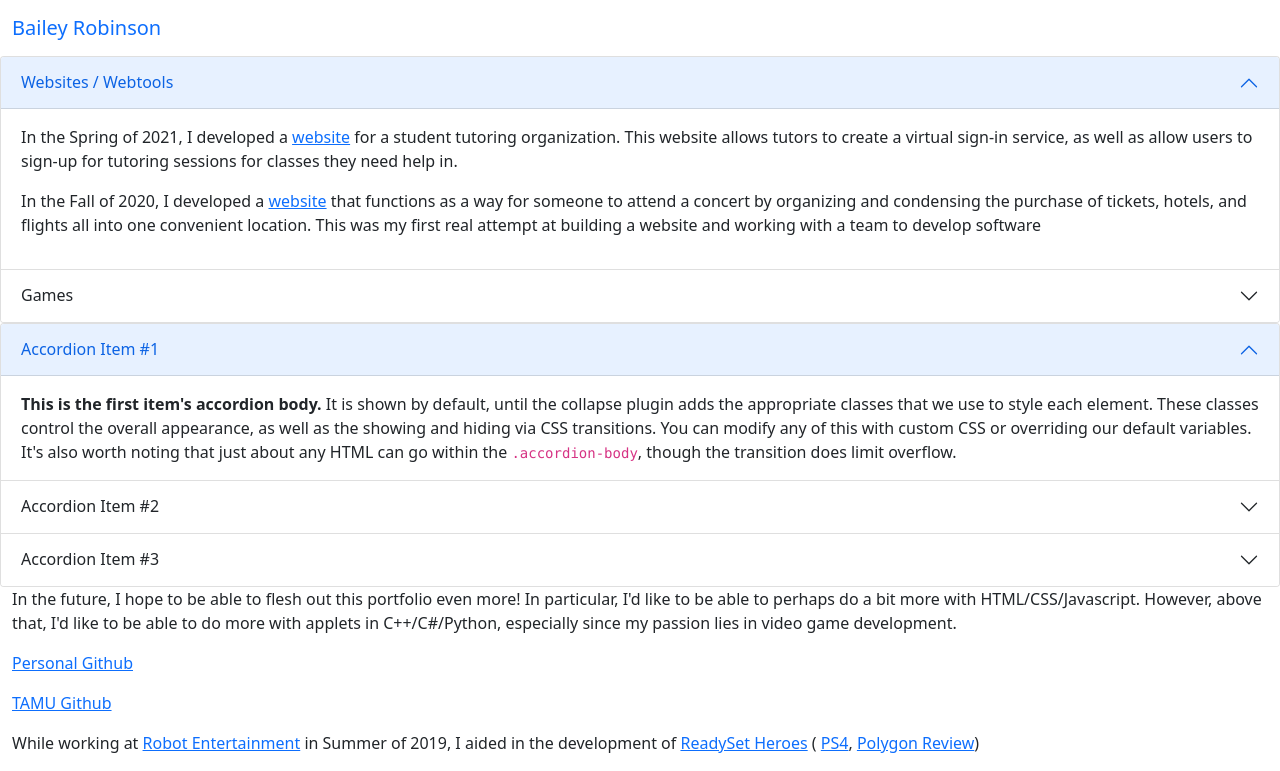
Repository: baileyjrob/personal_website
Page: portfolio.html
An editor plug-in stored every save of this project. The page is shown before and after the next save, followed by the edit.
The browser window is 1280 px wide. The pictures show the whole page.

Above is the page before, as saved 2022-04-20 13:21:47.

### portfolio.html
<!DOCTYPE html>
<html lang=en>

<head>
    <title>Bailey Robinson</title>
    <meta charset="utf-8">
    <meta name="viewport" content="width=device-width, initial-scale=1">
    <!-- Latest compiled and minified CSS -->
    <link href="https://cdn.jsdelivr.net/npm/bootstrap@5.0.2/dist/css/bootstrap.min.css" rel="stylesheet"
        integrity="sha384-EVSTQN3/azprG1Anm3QDgpJLIm9Nao0Yz1ztcQTwFspd3yD65VohhpuuCOmLASjC" crossorigin="anonymous">

    <!-- jQuery library -->
    <script src="https://ajax.googleapis.com/ajax/libs/jquery/3.5.1/jquery.min.js"></script>

    <!-- Latest compiled JavaScript -->
    <script src="https://cdn.jsdelivr.net/npm/bootstrap@5.0.2/dist/js/bootstrap.bundle.min.js"
        integrity="sha384-MrcW6ZMFYlzcLA8Nl+NtUVF0sA7MsXsP1UyJoMp4YLEuNSfAP+JcXn/tWtIaxVXM"
        crossorigin="anonymous"></script>
</head>

<body>
    <nav class="navbar navbar-default">
        <div class="container-fluid">
            <a class="navbar-brand" href="index.html">Bailey Robinson</a>
            <div class="collapse navbar-collapse" id="navbarContent">
                <ul class="navbar-nav me-auto mb-2 mb-lg-0">
                    <li><a href="about.html">About Me</a></li>
                    <li><a href="techqual.html">Technical Qualifications</a></li>
                    <li><a href="service.html">Service</a></li>
                    <li class="active"><a href="portfolio.html">Portfolio</a></li>
                </ul>
            </div>
        </div>
    </nav>
    <div class="accordion" id="accordionFields">
        <div class="accordion-item">
            <h2 class="accordion-header" id="headingWeb">
                <button class="accordion-button" type="button" data-bs-toggle="collapse" data-bs-target="#collapseOne"
                    aria-expanded="true" aria-controls="collapseOne">
                    Websites / Webtools
                </button>
            </h2>
            <div id="collapseOne" class="accordion-collapse collapse show" aria-labelledby="headingWeb"
                data-bs-parent="#accordionExample">
                <div class="accordion-body">
                    <p>In the Spring of 2021, I developed a <a href="https://ortutoring.herokuapp.com/">website</a> for
                        a student
                        tutoring
                        organization. This website allows tutors to create a virtual sign-in service, as well as allow
                        users to sign-up
                        for
                        tutoring sessions for classes they need help in.
                    </p>
                    <p>In the Fall of 2020, I developed a <a href="secret.html">website</a> that functions as a way for
                        someone to
                        attend a concert by organizing and condensing the purchase of tickets, hotels, and flights all
                        into one convenient
                        location. This was my first real attempt at building a website and working with a team to
                        develop software </p>
                </div>
            </div>
        </div>
        <div class="accordion-item">
            <h2 class="accordion-header" id="headingGames">
                <button class="accordion-button collapsed" type="button" data-bs-toggle="collapse"
                    data-bs-target="#collapseTwo" aria-expanded="False" aria-controls="collapseTwo">
                    Games
                </button>
            </h2>
            <div id="collapseTwo" class="accordion-collapse collapse" aria-labelledby="headingGames"
                data-bs-parent="#accordionExample">
                <div class="accordion-body">
                    Placeholder
                </div>
            </div>
        </div>
    </div>
    <div class="accordion" id="accordionExample">
        <div class="accordion-item">
            <h2 class="accordion-header" id="headingOne">
                <button class="accordion-button" type="button" data-bs-toggle="collapse" data-bs-target="#collapseOne"
                    aria-expanded="true" aria-controls="collapseOne">
                    Accordion Item #1
                </button>
            </h2>
            <div id="collapseOne" class="accordion-collapse collapse show" aria-labelledby="headingOne"
                data-bs-parent="#accordionExample">
                <div class="accordion-body">
                    <strong>This is the first item's accordion body.</strong> It is shown by default, until the collapse
                    plugin adds the appropriate classes that we use to style each element. These classes control the
                    overall
                    appearance, as well as the showing and hiding via CSS transitions. You can modify any of this with
                    custom CSS or overriding our default variables. It's also worth noting that just about any HTML can
                    go
                    within the <code>.accordion-body</code>, though the transition does limit overflow.
                </div>
            </div>
        </div>
        <div class="accordion-item">
            <h2 class="accordion-header" id="headingTwo">
                <button class="accordion-button collapsed" type="button" data-bs-toggle="collapse"
                    data-bs-target="#collapseTwo" aria-expanded="false" aria-controls="collapseTwo">
                    Accordion Item #2
                </button>
            </h2>
            <div id="collapseTwo" class="accordion-collapse collapse" aria-labelledby="headingTwo"
                data-bs-parent="#accordionExample">
                <div class="accordion-body">
                    <strong>This is the second item's accordion body.</strong> It is hidden by default, until the
                    collapse
                    plugin adds the appropriate classes that we use to style each element. These classes control the
                    overall
                    appearance, as well as the showing and hiding via CSS transitions. You can modify any of this with
                    custom CSS or overriding our default variables. It's also worth noting that just about any HTML can
                    go
                    within the <code>.accordion-body</code>, though the transition does limit overflow.
                </div>
            </div>
        </div>
        <div class="accordion-item">
            <h2 class="accordion-header" id="headingThree">
                <button class="accordion-button collapsed" type="button" data-bs-toggle="collapse"
                    data-bs-target="#collapseThree" aria-expanded="false" aria-controls="collapseThree">
                    Accordion Item #3
                </button>
            </h2>
            <div id="collapseThree" class="accordion-collapse collapse" aria-labelledby="headingThree"
                data-bs-parent="#accordionExample">
                <div class="accordion-body">
                    <strong>This is the third item's accordion body.</strong> It is hidden by default, until the
                    collapse
                    plugin adds the appropriate classes that we use to style each element. These classes control the
                    overall
                    appearance, as well as the showing and hiding via CSS transitions. You can modify any of this with
                    custom CSS or overriding our default variables. It's also worth noting that just about any HTML can
                    go
                    within the <code>.accordion-body</code>, though the transition does limit overflow.
                </div>
            </div>
        </div>
    </div>
    <div class="container-fluid">
        <p> In the future, I hope to be able to flesh out this portfolio even more! In particular, I'd like to be able
            to
            perhaps do a bit more with HTML/CSS/Javascript. However, above that, I'd like to be able to do more with
            applets
            in
            C++/C#/Python, especially since my passion lies in video game development.</p>
        <p><a href="https://github.com/baileyjrob">Personal Github</a></p>
        <p><a href="https://github.tamu.edu/baileyjrob">TAMU Github</a></p>
        <p>While working at
            <a href="https://robotentertainment.com/">Robot Entertainment</a>
            in Summer of 2019, I aided in the development of
            <a href="https://www.epicgames.com/store/en-US/product/readyset-heroes/home">
                ReadySet Heroes</a> (
            <a href="https://www.playstation.com/en-us/games/readyset-heroes-ps4/">PS4</a>,
            <a
                href="https://www.polygon.com/2019/9/5/20851325/readyset-heroes-preview-release-date-pc-epic-ps4-trailer">
                Polygon Review</a>)
        </p>
    </div>
</body>

</html>

After the next save:
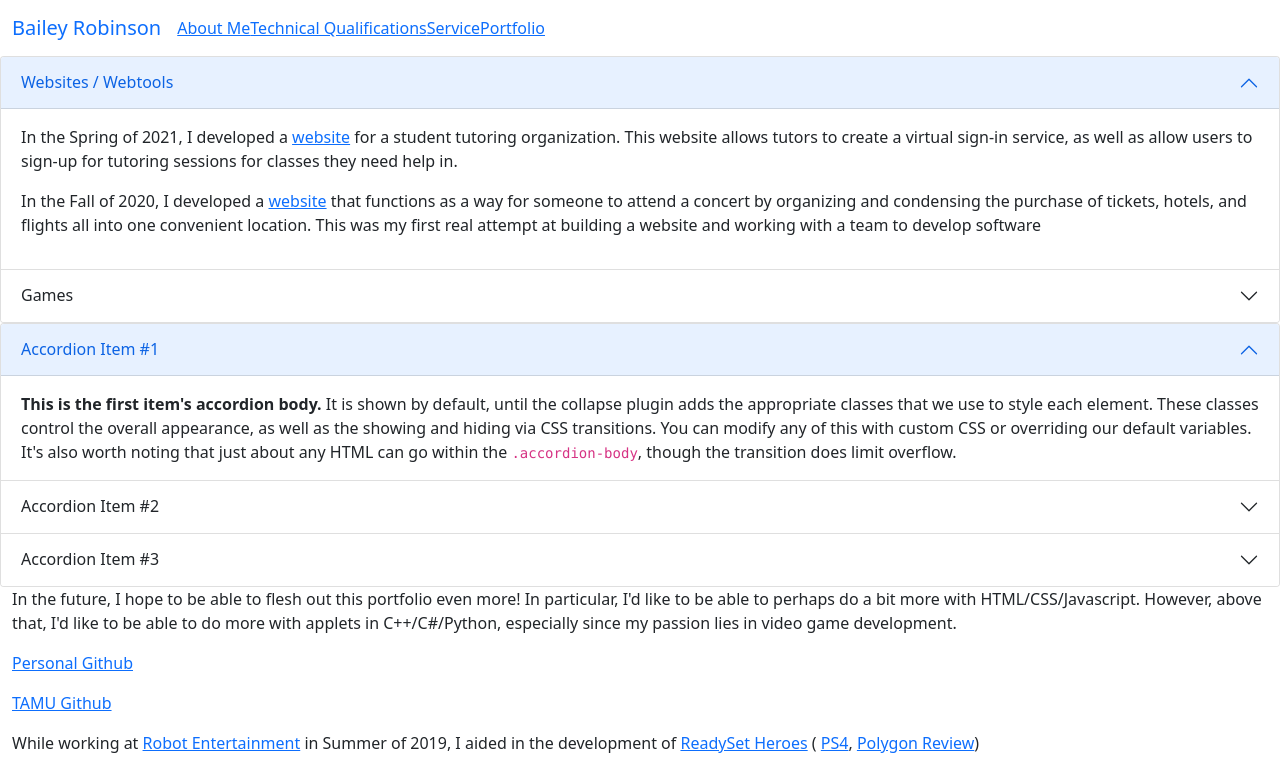
Saved 18 s later.
--- a/portfolio.html
+++ b/portfolio.html
@@ -19,7 +19,7 @@
 </head>
 
 <body>
-    <nav class="navbar navbar-default">
+    <nav class="navbar navbar-expand-lg">
         <div class="container-fluid">
             <a class="navbar-brand" href="index.html">Bailey Robinson</a>
             <div class="collapse navbar-collapse" id="navbarContent">
